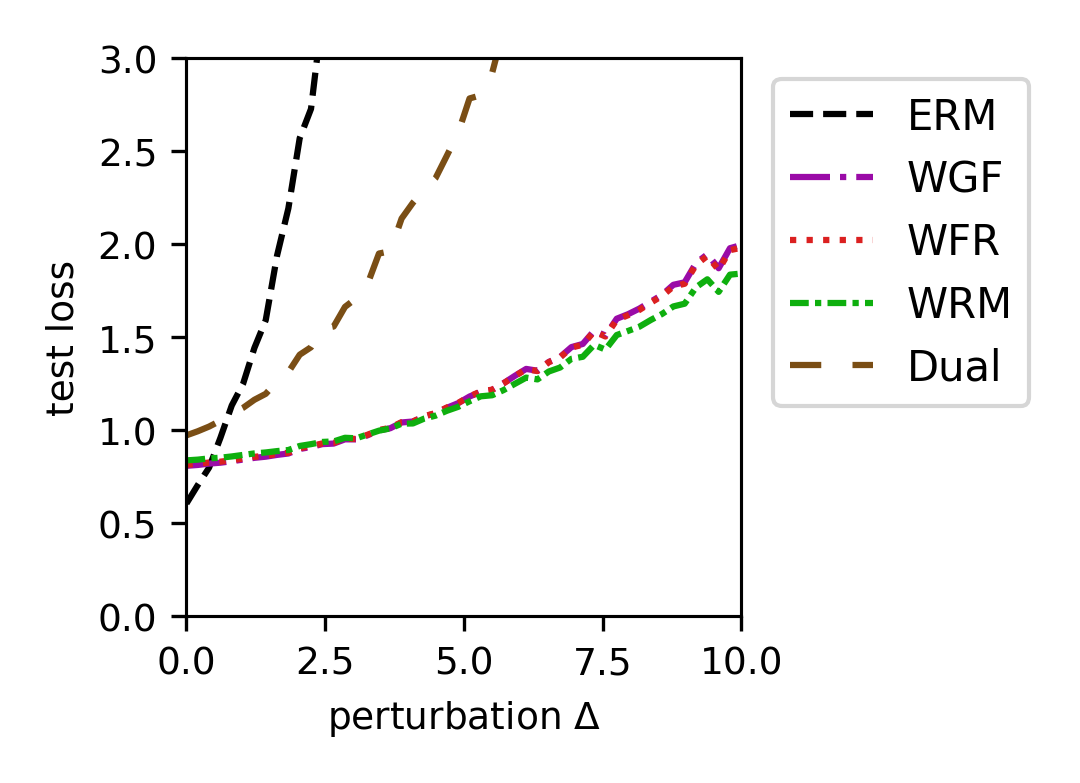
Repository: ZusenXu/GFS-DRO
Script's output: python uncertain_least_squares/uncertain_least_squares.py
The author's editor kept a copy of each file at every save. The script's output is drawn from the files as they stood at one save, then again after the next save.
Random numbers start from a fixed seed.

Above is the script's output before, as saved 2025-09-26 19:48:03.

### uncertain_least_squares/uncertain_least_squares.py
import numpy as np
import matplotlib.pyplot as plt
from scipy.optimize import minimize
from scipy.special import logsumexp

# --- Experiment Setup & Parameter Definitions ---
# Define the problem's dimensions
DIM_M = 10  # Number of rows for matrix A
DIM_N = 10  # Number of columns for matrix A (dimension of theta)

# Define the number of training/test samples
N_TRAIN_SAMPLES = 10
N_TEST_SAMPLES = 1000

# Define the perturbation range for distribution shift
DELTA_MIN = 0.0
DELTA_MAX = 10.0
DELTA_STEPS = 50

# --- DRO Algorithm Hyperparameters ---
N_EPOCHS = 50 # Number of iterations for the outer optimization
LEARNING_RATE = 0.01 # Learning rate for the outer optimization of theta
LAMBDA_VAL = 0.2 # Regularization parameter lambda
EPSILON = 3 # Entropy regularization parameter epsilon
GRAD_CLIP_THRESHOLD = 100.0 # Gradient clipping threshold to prevent explosion

# WGF (Algorithm 3), WFR (Algorithm 4), WRM Specific Parameters
K_INNER_STEPS = 100  # Number of inner loop iterations K
INNER_STEP_SIZE = 0.01 # Inner loop step size eta
WFR_WEIGHT_STEP_SIZE = 0.16 # Step size for weight updates in WFR

# WGF, WFR, RGO Specific Parameters
M_PARTICLES = 5 # Number of particles (samples) used

# Dual Method Specific Parameters
SINKHORN_SAMPLE_LEVEL = 4 # Monte Carlo sampling level for the Dual method

# --- Generate a Fixed Problem Instance ---
np.random.seed(219)
A0 = np.random.randn(DIM_M, DIM_N)
A1 = np.random.randn(DIM_M, DIM_N)
b = np.random.randn(DIM_M)

# --- Data Generation Functions ---
def generate_training_data(n_samples):
    """Generates training data."""
    return np.random.uniform(-0.5, 0.5, n_samples)

def generate_test_data(n_samples, delta):
    """Generates test data with a distributional shift."""
    lower_bound = -0.5 * (1 + delta)
    upper_bound = 0.5 * (1 + delta)
    return np.random.uniform(lower_bound, upper_bound, n_samples)

# --- Core Function Definitions (Vectorized) ---
def loss_function(theta, z):
    """ Computes the loss f_theta(z) for a single sample or a batch of samples z. """
    z = np.atleast_1d(z)
    # A_z shape: (num_z, DIM_M, DIM_N)
    A_z = A0[np.newaxis, :, :] + z[:, np.newaxis, np.newaxis] * A1[np.newaxis, :, :]
    # residual shape: (num_z, DIM_M)
    residual = A_z @ theta - b[np.newaxis, :]
    # loss shape: (num_z,)
    loss = np.sum(residual**2, axis=1) / DIM_M
    return loss.squeeze()

def loss_grad_theta(theta, z):
    """ Computes the gradient of the loss function with respect to theta, nabla_theta f_theta(z), for one or a batch of z. """
    z = np.atleast_1d(z)
    # A_z shape: (num_z, DIM_M, DIM_N)
    A_z = A0[np.newaxis, :, :] + z[:, np.newaxis, np.newaxis] * A1[np.newaxis, :, :]
    # residual shape: (num_z, DIM_M)
    residual = A_z @ theta - b[np.newaxis, :]
    # grad shape: (num_z, DIM_N)
    grad = 2 * (A_z.transpose(0, 2, 1) @ residual[:, :, np.newaxis]).squeeze(axis=2)
    return grad.squeeze()

def loss_grad_z(theta, z):
    """ Computes the gradient of the loss function with respect to z, nabla_z f_theta(z), for one or a batch of z. """
    z = np.atleast_1d(z)
    # A_z shape: (num_z, DIM_M, DIM_N)
    A_z = A0[np.newaxis, :, :] + z[:, np.newaxis, np.newaxis] * A1[np.newaxis, :, :]
    # residual shape: (num_z, DIM_M)
    residual = A_z @ theta - b[np.newaxis, :]
    # grad_A_z is A1 @ theta, shape: (DIM_M,)
    grad_A_z = A1 @ theta
    # grad shape: (num_z,)
    grad = 2 * np.sum(residual * grad_A_z[np.newaxis, :], axis=1)
    return grad.squeeze()

# --- ERM (Empirical Risk Minimization) Implementation ---
def erm_objective_function(theta, xi_samples):
    """ Calculates the ERM objective function value (average loss). """
    return np.mean(loss_function(theta, xi_samples))

def solve_erm(xi_train_samples):
    """ Solves the ERM problem using an optimizer. """
    initial_theta = np.zeros(DIM_N)
    result = minimize(
        erm_objective_function, initial_theta, args=(xi_train_samples,), method='BFGS')
    if not result.success:
        print("Warning: ERM optimization may not have converged.")
    return result.x

# --- MMD-DRO (Maximum Mean Discrepancy DRO) Implementation ---
def imq_kernel_and_grad_numpy(x, y, c=1.0, beta=-0.5):
    """
    Computes the Inverse Multi-Quadric (IMQ) kernel and its gradient w.r.t. x.
    k(x, y) = (c + ||x - y||^2)^beta
    """
    diffs = x[:, np.newaxis, :] - y[np.newaxis, :, :]
    sq_dists = np.sum(diffs**2, axis=2)
    kernel_matrix = (c + sq_dists)**beta
    grad_multiplier = 2 * beta * (c + sq_dists)**(beta - 1)
    grad_k_x = diffs * grad_multiplier[:, :, np.newaxis]
    return kernel_matrix, grad_k_x

def solve_mmd_dro(xi_train_samples):
    """ Solves Sinkhorn DRO using an MMD gradient flow sampler. """
    theta = np.zeros(DIM_N)
    num_train = len(xi_train_samples)

    for epoch in range(N_EPOCHS):
        particles = np.tile(xi_train_samples[:, np.newaxis], (1, M_PARTICLES))
        current_inner_steps = int(max(5, K_INNER_STEPS * (epoch + 1) / N_EPOCHS))

        for _ in range(current_inner_steps):
            particles_flat = particles.flatten()
            loss_grads = loss_grad_z(theta, particles_flat)

            particles_reshaped = particles_flat[:, np.newaxis]
            xi_train_reshaped = xi_train_samples[:, np.newaxis]

            _, grad_K_clone = imq_kernel_and_grad_numpy(particles_reshaped, particles_reshaped)
            mmd_term1 = np.mean(grad_K_clone, axis=1).squeeze()

            _, grad_K_orig = imq_kernel_and_grad_numpy(particles_reshaped, xi_train_reshaped)
            mmd_term2 = np.mean(grad_K_orig, axis=1).squeeze()

            velocity = loss_grads - LAMBDA_VAL * (mmd_term1 - mmd_term2)
            noise = np.random.randn(*particles_flat.shape) * 0.01

            particles_flat = particles_flat + INNER_STEP_SIZE * velocity + noise
            particles = particles_flat.reshape(num_train, M_PARTICLES)

        all_grads = loss_grad_theta(theta, particles.flatten())
        avg_particle_grads = all_grads.reshape(num_train, M_PARTICLES, -1).mean(axis=1)
        total_grad = avg_particle_grads.sum(axis=0)

        avg_grad = total_grad / num_train
        grad_norm = np.linalg.norm(avg_grad)
        if grad_norm > GRAD_CLIP_THRESHOLD:
            avg_grad = avg_grad * GRAD_CLIP_THRESHOLD / grad_norm
        theta -= LEARNING_RATE * avg_grad

    return theta


# --- RGO (Algorithm 2) Implementation (Vectorized) ---
# def solve_rgo(xi_train_samples):
#     """ Solves Sinkhorn DRO using the RGO algorithm. """
#     theta = np.zeros(DIM_N)
#     num_train = len(xi_train_samples)

#     def rgo_inner_objective(z, xi, current_theta):
#         l = loss_function(current_theta, z.flatten()).reshape(z.shape)
#         penalty = (z - xi)**2
#         return -l / (LAMBDA_VAL * EPSILON) + penalty / EPSILON

#     def rgo_inner_objective_grad_z(z, xi, current_theta):
#         grad_l_z = loss_grad_z(current_theta, z)
#         grad_penalty = 2 * (z - xi)
#         return -grad_l_z / (LAMBDA_VAL * EPSILON) + grad_penalty

#     for epoch in range(N_EPOCHS):
#         # Stage 1: Use gradient descent to find z* for all xi simultaneously
#         z_k = xi_train_samples.copy()
#         for _ in range(K_INNER_STEPS):
#             grad = rgo_inner_objective_grad_z(z_k, xi_train_samples, theta)
#             z_k -= INNER_STEP_SIZE * grad
#         z_star_batch = z_k

#         # Stage 2: Vectorized rejection sampling M_PARTICLES times for each xi
#         variance = (LAMBDA_VAL * EPSILON) / (2 * LAMBDA_VAL - RGO_SMOOTHNESS_L)
#         if variance <= 0: variance = 1e-6
#         std_dev = np.sqrt(variance)

#         z_star_expanded = z_star_batch[:, np.newaxis]
#         xi_expanded = xi_train_samples[:, np.newaxis]

#         final_accepted_samples = np.zeros((num_train, M_PARTICLES))
#         active_flags = np.ones((num_train, M_PARTICLES), dtype=bool)

#         for _ in range(100): # Max 100 attempts for vectorization
#             if not np.any(active_flags): break

#             proposals = np.random.normal(0, std_dev, size=(num_train, M_PARTICLES))
#             z_candidates = z_star_expanded + proposals

#             f_val_candidates = rgo_inner_objective(z_candidates, xi_expanded, theta)
#             f_val_star = rgo_inner_objective(z_star_expanded, xi_expanded, theta)

#             log_accept_prob = -f_val_candidates + f_val_star - (proposals**2 / (2*variance))

#             acceptance_mask = np.log(np.random.rand(num_train, M_PARTICLES)) < log_accept_prob
#             newly_accepted = acceptance_mask & active_flags

#             final_accepted_samples[newly_accepted] = z_candidates[newly_accepted]
#             active_flags[newly_accepted] = False

#         if np.any(active_flags):
#             final_accepted_samples[active_flags] = z_star_expanded[active_flags]

#         all_grads = loss_grad_theta(theta, final_accepted_samples.flatten())
#         avg_particle_grads = all_grads.reshape(num_train, M_PARTICLES, -1).mean(axis=1)
#         total_grad = avg_particle_grads.sum(axis=0)

#         avg_grad = total_grad / num_train
#         grad_norm = np.linalg.norm(avg_grad)
#         if grad_norm > GRAD_CLIP_THRESHOLD:
#             avg_grad = avg_grad * GRAD_CLIP_THRESHOLD / grad_norm
#         theta -= LEARNING_RATE * avg_grad

#     return theta

# --- Wasserstein Gradient Flow (WGF) Implementation (Vectorized) ---
def solve_wgf(xi_train_samples):
    """ Solves Sinkhorn DRO using Wasserstein Gradient Flow (WGF). """
    theta = np.zeros(DIM_N)
    num_train = len(xi_train_samples)

    def f_bar_grad_z(z, xi, current_theta):
        grad_f = loss_grad_z(current_theta, z)
        return grad_f - 2 * LAMBDA_VAL * (z - xi)

    for epoch in range(N_EPOCHS):
        particles = np.tile(xi_train_samples[:, np.newaxis], (1, M_PARTICLES))

        for _ in range(K_INNER_STEPS):
            particles_flat = particles.flatten()
            xi_expanded = np.repeat(xi_train_samples, M_PARTICLES)

            grad = f_bar_grad_z(particles_flat, xi_expanded, theta)
            noise = np.random.normal(0, 1, size=particles_flat.shape)

            updated_particles_flat = particles_flat + INNER_STEP_SIZE * grad + np.sqrt(2 * INNER_STEP_SIZE * LAMBDA_VAL * EPSILON) * noise
            particles = updated_particles_flat.reshape(num_train, M_PARTICLES)
            particles = np.clip(particles, -1, 1)

        all_grads = loss_grad_theta(theta, particles.flatten())
        avg_particle_grads = all_grads.reshape(num_train, M_PARTICLES, -1).mean(axis=1)
        total_grad = avg_particle_grads.sum(axis=0)

        avg_grad = total_grad / num_train
        grad_norm = np.linalg.norm(avg_grad)
        if grad_norm > GRAD_CLIP_THRESHOLD:
            avg_grad = avg_grad * GRAD_CLIP_THRESHOLD / grad_norm
        theta -= LEARNING_RATE * avg_grad

    return theta

# --- WFR Flow (Algorithm 4) Implementation (Vectorized) ---
def solve_wfr(xi_train_samples):
    """ Solves Sinkhorn DRO using WFR Flow. """
    theta = np.zeros(DIM_N)
    num_train = len(xi_train_samples)

    def f_bar_grad_z(z, xi, current_theta):
        grad_f = loss_grad_z(current_theta, z)
        return grad_f - 2 * LAMBDA_VAL * (z - xi)

    for epoch in range(N_EPOCHS):
        particles = np.tile(xi_train_samples[:, np.newaxis], (1, M_PARTICLES))
        weights = np.full((num_train, M_PARTICLES), 1.0 / M_PARTICLES)

        for _ in range(K_INNER_STEPS):
            particles_flat = particles.flatten()
            xi_expanded = np.repeat(xi_train_samples, M_PARTICLES)

            grad = f_bar_grad_z(particles_flat, xi_expanded, theta)
            noise = np.random.normal(0, 1, size=particles_flat.shape)
            updated_particles_flat = particles_flat + INNER_STEP_SIZE * grad + np.sqrt(2 * INNER_STEP_SIZE * LAMBDA_VAL * EPSILON) * noise
            particles = updated_particles_flat.reshape(num_train, M_PARTICLES)
            particles = np.clip(particles, -1, 1)

            f_bar_val = loss_function(theta, particles.flatten()).reshape(particles.shape) - LAMBDA_VAL * (particles - xi_train_samples[:, np.newaxis])**2
            weights = (weights**(1 - LAMBDA_VAL * EPSILON * WFR_WEIGHT_STEP_SIZE)) * np.exp(WFR_WEIGHT_STEP_SIZE * f_bar_val)

            sum_weights = np.sum(weights, axis=1, keepdims=True)
            weights /= (sum_weights + 1e-9)

            low_weight_threshold = 1e-3
            low_weight_mask = weights < low_weight_threshold
            rows_with_low_weights = np.any(low_weight_mask, axis=1)

            if np.any(rows_with_low_weights):
                max_weight_indices = np.argmax(weights, axis=1, keepdims=True)
                max_weight_vals = np.take_along_axis(weights, max_weight_indices, axis=1)
                highest_weight_point_data = np.take_along_axis(particles, max_weight_indices, axis=1)

                low_weights_sum = np.sum(weights * low_weight_mask, axis=1, keepdims=True)
                num_low_weights = np.sum(low_weight_mask, axis=1, keepdims=True)

                avg_weight = (max_weight_vals + low_weights_sum) / (num_low_weights + 1.0 + 1e-9)

                max_weight_mask = np.zeros_like(weights, dtype=bool)
                np.put_along_axis(max_weight_mask, max_weight_indices, True, axis=1)

                update_mask = (low_weight_mask | max_weight_mask) & rows_with_low_weights[:, np.newaxis]

                x_update_mask = low_weight_mask & rows_with_low_weights[:, np.newaxis]

                weights = np.where(update_mask, avg_weight, weights)

                particles = np.where(x_update_mask, highest_weight_point_data, particles)

                sum_weights = np.sum(weights, axis=1, keepdims=True)
                weights /= (sum_weights + 1e-9)

        all_grads = loss_grad_theta(theta, particles.flatten()).reshape(num_train, M_PARTICLES, -1)
        weighted_grads = np.sum(weights[:, :, np.newaxis] * all_grads, axis=1)
        total_grad = np.sum(weighted_grads, axis=0)

        avg_grad = total_grad / num_train
        grad_norm = np.linalg.norm(avg_grad)
        if grad_norm > GRAD_CLIP_THRESHOLD:
            avg_grad = avg_grad * GRAD_CLIP_THRESHOLD / grad_norm
        theta -= LEARNING_RATE * avg_grad

    return theta

# --- WRM (Wasserstein Robust Method) Implementation (Vectorized) ---
def solve_wrm(xi_train_samples):
    """ Solves using WRM (deterministic inner optimization). """
    theta = np.zeros(DIM_N)
    num_train = len(xi_train_samples)

    def f_bar_grad_z(z, xi, current_theta):
        grad_f = loss_grad_z(current_theta, z)
        return grad_f - 2 * LAMBDA_VAL * (z - xi)

    for epoch in range(N_EPOCHS):
        z_k = xi_train_samples.copy()
        for _ in range(K_INNER_STEPS):
            grad = f_bar_grad_z(z_k, xi_train_samples, theta)
            z_k += INNER_STEP_SIZE * grad
            z_k = np.clip(z_k, -1, 1)

        total_grad = loss_grad_theta(theta, z_k).sum(axis=0)

        avg_grad = total_grad / num_train
        grad_norm = np.linalg.norm(avg_grad)
        if grad_norm > GRAD_CLIP_THRESHOLD:
            avg_grad = avg_grad * GRAD_CLIP_THRESHOLD / grad_norm
        theta -= LEARNING_RATE * avg_grad

    return theta

# --- Dual Method Implementation (Vectorized) ---
def solve_dual(xi_train_samples):
    """ Solves Sinkhorn DRO using the dual method. """
    theta = np.zeros(DIM_N)
    num_train = len(xi_train_samples)

    levels = np.arange(SINKHORN_SAMPLE_LEVEL + 1)
    numerators = 2.0**(-levels)
    denominator = 2.0 - 2.0**(-SINKHORN_SAMPLE_LEVEL)
    probabilities = numerators / denominator

    for _ in range(N_EPOCHS):
        sampled_level = np.random.choice(levels, p=probabilities)
        m = 2**sampled_level

        noise = np.random.randn(num_train, m) * np.sqrt(EPSILON)
        z_samples = xi_train_samples[:, np.newaxis] + noise

        v = loss_function(theta, z_samples.flatten()).reshape(num_train, m) / (LAMBDA_VAL * EPSILON)

        v_max = np.max(v, axis=1, keepdims=True)
        weights = np.exp(v - v_max)
        weights /= np.sum(weights, axis=1, keepdims=True)

        grads = loss_grad_theta(theta, z_samples.flatten()).reshape(num_train, m, -1)
        weighted_grads = np.sum(weights[:, :, np.newaxis] * grads, axis=1)
        total_grad = np.sum(weighted_grads, axis=0)

        avg_grad = total_grad / num_train
        grad_norm = np.linalg.norm(avg_grad)
        if grad_norm > GRAD_CLIP_THRESHOLD:
            avg_grad = avg_grad * GRAD_CLIP_THRESHOLD / grad_norm
        theta -= LEARNING_RATE * avg_grad

    return theta

# --- Experiment Execution and Evaluation ---
def run_experiment():
    """ Executes the complete experimental procedure. """
    xi_train = generate_training_data(N_TRAIN_SAMPLES)

    print("Solving ERM model...")
    theta_erm = solve_erm(xi_train)
    # print("Solving RGO model...")
    # theta_rgo = solve_rgo(xi_train)
    print("Solving WGF model...")
    np.random.seed(42)
    theta_wgf = solve_wgf(xi_train)
    print("Solving WFR model...")
    np.random.seed(42)
    theta_wfr = solve_wfr(xi_train)
    print("Solving WRM model...")
    theta_wrm = solve_wrm(xi_train)
    print("Solving Dual model...")
    np.random.seed(42)
    theta_dual = solve_dual(xi_train)
    # print("Solvinh MMD model...")
    # theta_mmd_dro = solve_mmd_dro(xi_train)
    print("All models solved.")

    delta_values = np.linspace(DELTA_MIN, DELTA_MAX, DELTA_STEPS)
    results = {'ERM': [], 'WGF': [], 'WFR': [], 'WRM': [], 'Dual': []} #, 'MMD': []
    models = {
        'ERM': theta_erm,  'WGF': theta_wgf,
        'WFR': theta_wfr, 'WRM': theta_wrm, 'Dual': theta_dual#, 'MMD': theta_mmd_dro
    }

    print("Evaluating all models...")
    for delta in delta_values:
        xi_test = generate_test_data(N_TEST_SAMPLES, delta)
        for name, theta in models.items():
            test_loss = erm_objective_function(theta, xi_test)
            results[name].append(test_loss)

    print("Evaluation complete.")
    return delta_values, results

# --- Results Visualization ---
def plot_results(delta_values, results):
    """ Plots the loss curves for all models against the perturbation delta. """
    fig, ax = plt.subplots(figsize=(3.6, 2.613), dpi=300)

    styles = {
        'ERM': {'color': 'k', 'linestyle': '--'},
        'RGO': {'color': '#9467bd', 'linestyle': '-'},
        'WGF': {'color': "#9a0ba7", 'linestyle': '-.'},
        'WFR': {'color': "#db2020", 'linestyle': ':'},
        'WRM': {'color': "#0eaf0e", 'linestyle': (0, (3, 1, 1, 1))},
        'Dual': {'color': "#7A4E15", 'linestyle': (0, (5, 5))},
        'MMD': {'color': "#f19317", 'linestyle': (0, (1, 1))}
    }

    for name, losses in results.items():
        ax.plot(delta_values, losses, linewidth=1.5, label=name, **styles[name])

    #ax.set_title('(a) Uncertain least squares loss', fontsize=11)
    ax.set_xlabel(r'perturbation $\Delta$', fontsize=9)
    ax.set_ylabel('test loss', fontsize=9)
    ax.tick_params(axis='both', which='major', labelsize=9)
    for spine in ax.spines.values():
        spine.set_linewidth(0.75)
    ax.set_xlim(0, 10)
    ax.set_ylim(0, 3)
    ax.grid(False)
    ax.legend(fontsize=10)
    ax.legend(loc='upper left', bbox_to_anchor=(1.02, 1))
    plt.tight_layout()
    plt.savefig('uncertain_least_squares_results.pdf', dpi=300)
    plt.show()

# --- Main Program Entry ---
if __name__ == '__main__':
    with np.errstate(all='ignore'):
        delta_vals, all_results = run_experiment()
        plot_results(delta_vals, all_results)

After the next save:
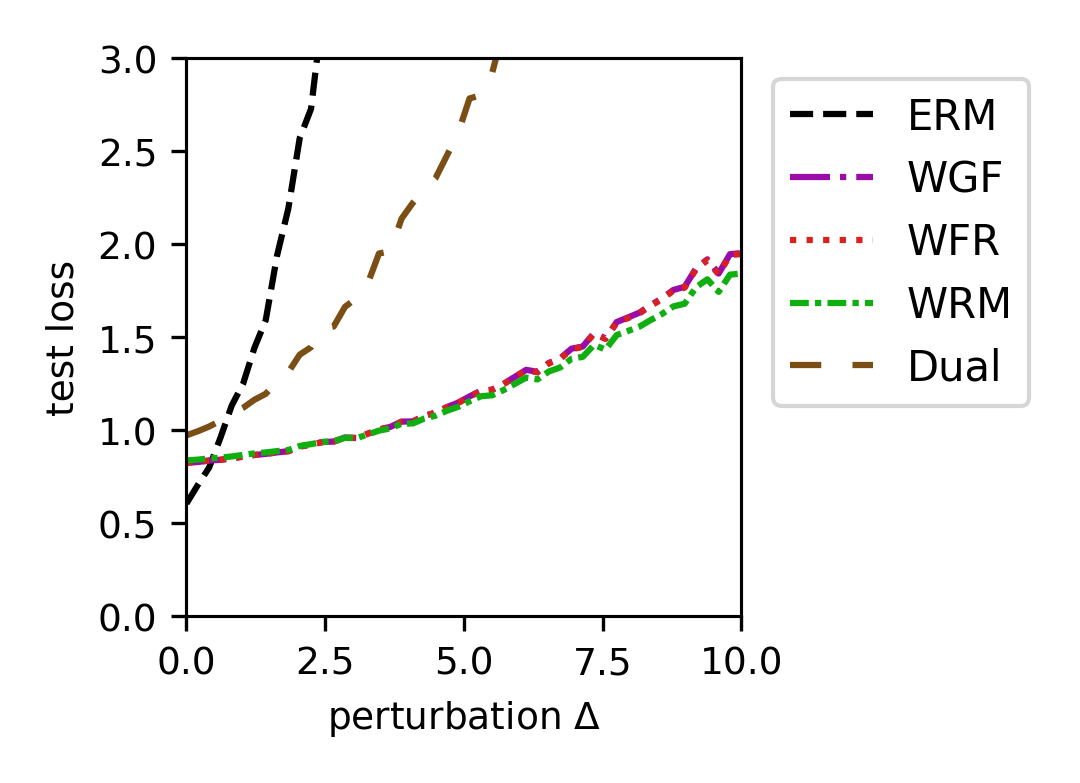
Saved 11 s later.
--- a/uncertain_least_squares/uncertain_least_squares.py
+++ b/uncertain_least_squares/uncertain_least_squares.py
@@ -25,7 +25,7 @@ EPSILON = 3 # Entropy regularization parameter epsilon
 GRAD_CLIP_THRESHOLD = 100.0 # Gradient clipping threshold to prevent explosion
 
 # WGF (Algorithm 3), WFR (Algorithm 4), WRM Specific Parameters
-K_INNER_STEPS = 100  # Number of inner loop iterations K
+K_INNER_STEPS = 300  # Number of inner loop iterations K
 INNER_STEP_SIZE = 0.01 # Inner loop step size eta
 WFR_WEIGHT_STEP_SIZE = 0.16 # Step size for weight updates in WFR
 
